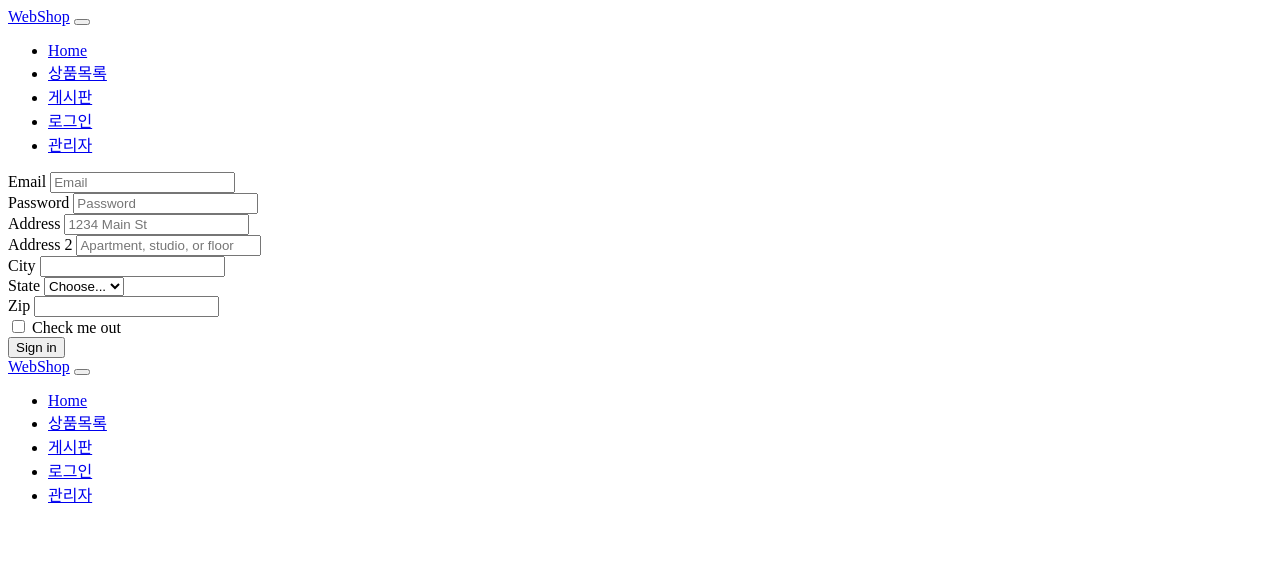
Repository: khss4008/JSP_project
Page: http://localhost/WebShop/member/joinMember.jsp
These files come from the project's save history. The page is drawn as it stood at one moment and after the next save; the edit follows.
The browser window is 1280 px wide. The page is 1280 px wide, then 1285 px, so the pictures cover 1285 px, including what lies to the right of the window. The pictures show the whole page.
The page is served by Tomcat 9.

Above is the page before, as saved 2021-11-03 06:48:04.

After the next save:
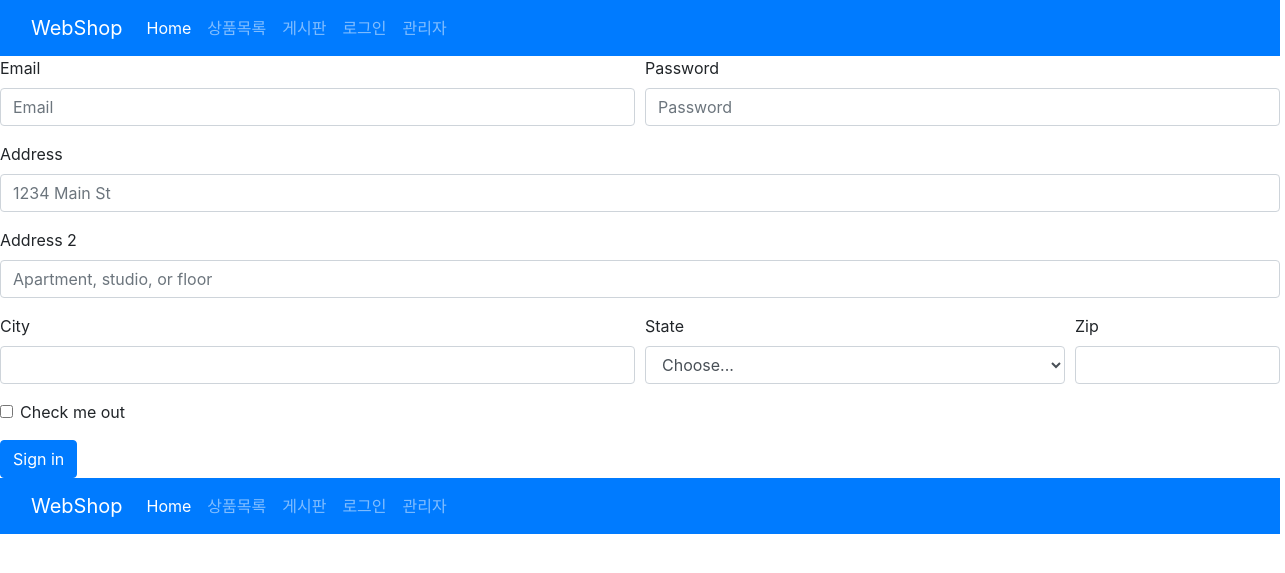
Saved 62 s later.
--- a/WebShop/WebContent/member/joinMember.jsp
+++ b/WebShop/WebContent/member/joinMember.jsp
@@ -5,6 +5,7 @@
 <head>
 <meta charset="UTF-8">
 <title>Insert title here</title>
+<link rel="stylesheet" href="https://stackpath.bootstrapcdn.com/bootstrap/4.3.1/css/bootstrap.min.css" integrity="sha384-ggOyR0iXCbMQv3Xipma34MD+dH/1fQ784/j6cY/iJTQUOhcWr7x9JvoRxT2MZw1T" crossorigin="anonymous">
 </head>
 <body>
 <jsp:include page = "/header.jsp"/>
